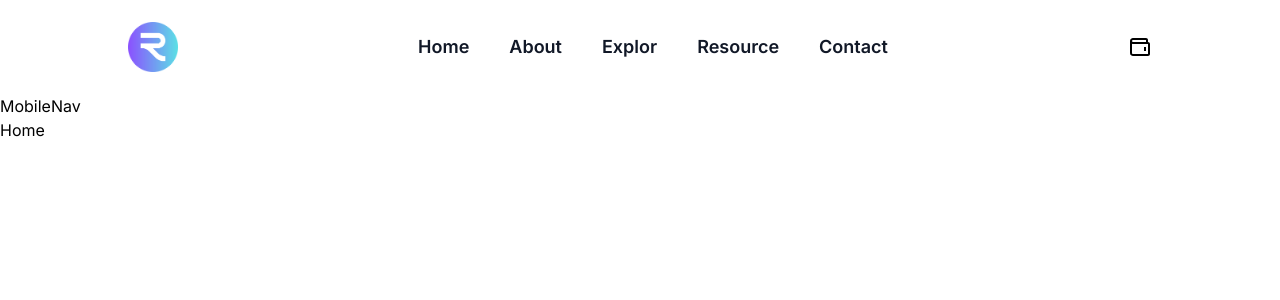
Repository: longblue2910/rimdasilva-ui
Page: /
An editor plug-in stored every save of this project. The page is shown before and after a run of saves, followed by the edit.
The browser window is 1280 px wide. The pictures show the whole page.
The project was rebuilt for these pictures with package versions that can differ from the ones it lists, and the page was loaded fresh each time. The framework's server and built-in components were replaced by stand-ins that run in the browser. Also part of the build but not shown: next.config.mjs.

Above is the page before, as saved 2024-08-09 14:25:01.

### app/layout.tsx
import type { Metadata } from "next";
import { Inter } from "next/font/google";
import "./globals.css";
import ReponsiveNav from "@/components/Home/Navbar/ReponsiveNav";

const inter = Inter({ subsets: ["vietnamese"] });

export const metadata: Metadata = {
  title: "Rimdasilva Dev Blog",
  description: "Rimdasilva Dev Blog",
};

export default function RootLayout({
  children,
}: Readonly<{
  children: React.ReactNode;
}>) {
  return (
    <html lang="en">
      <body className={inter.className}>
        <ReponsiveNav />
        {children}
      </body>
    </html>
  );
}

### app/page.tsx
import Home from "@/components/Home/Home";

const HomePage = () => {
  return (
    <div>
      <Home />
    </div>
  );
};

export default HomePage;

### components/Home/Navbar/ReponsiveNav.tsx
import React from "react";
import Nav from "./Nav";
import MobileNav from "./MobileNav";

const ReponsiveNav = () => {
  return (
    <>
      <Nav />
      <MobileNav />
    </>
  );
};

export default ReponsiveNav;

### components/Home/Navbar/Nav.tsx
import { navLinks } from "@/constant/Constant";
import Image from "next/image";
import Link from "next/link";
import React from "react";
import { BiWallet } from "react-icons/bi";

const Nav = () => {
  return (
    <div className="w-full h-[13vh]">
      <div className="w-[95%] sm:w-[85%] md:w-[80%] h-full mx-auto flex items-center justify-between">
        {/* Logo */}
        <Image
          src="/images/logo.png"
          alt="Logo"
          width={50}
          objectFit="cover"
          height={50}
        />

        {/* Nav Links */}
        <div className="lg:flex hidden items-center space-x-10 hover:text-blue-800 transition-all duration-200 text-gray-900">
          {navLinks.map((link) => {
            return (
              <Link href={link.url} key={link.id}>
                <p className="text-lg font-semibold cursor-pointer">
                  {link.label}
                </p>
              </Link>
            );
          })}
        </div>

        {/* Icons */}
        <div className="flex items-center space-x-8">
          <BiWallet className="w-6 h-6 cursor-pointer"/>
        </div>
      </div>
    </div>
  );
};

export default Nav;

### constant/Constant.ts
export const navLinks = [
  {
    id: 1,
    url: "#",
    label: "Home",
  },
  {
    id: 2,
    url: "#",
    label: "About",
  },
  {
    id: 3,
    url: "#",
    label: "Explor",
  },
  {
    id: 4,
    url: "#",
    label: "Resource",
  },
  {
    id: 5,
    url: "#",
    label: "Contact",
  },
];

Loaded but not shown: app/globals.css (common file); components/Home/Home.tsx (common file); components/Home/Navbar/MobileNav.tsx (common file); tailwind.config.ts (common file)

After the next 5 saves:
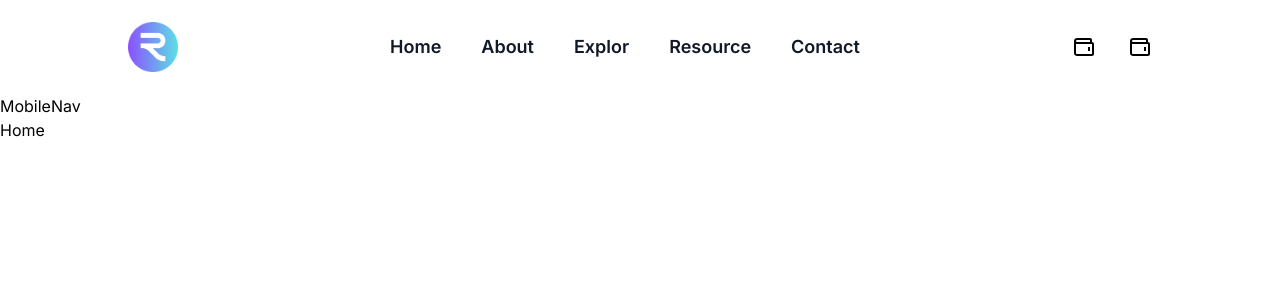
The 5 saves are shown as one change because they came seconds apart.
The last was saved 14 s later.
--- a/components/Home/Navbar/Nav.tsx
+++ b/components/Home/Navbar/Nav.tsx
@@ -32,7 +32,8 @@ const Nav = () => {
 
         {/* Icons */}
         <div className="flex items-center space-x-8">
-          <BiWallet className="w-6 h-6 cursor-pointer"/>
+          <BiWallet className="w-6 h-6 cursor-pointer hover:text-red-600 " />
+          <BiWallet className="w-6 h-6 cursor-pointer hover:text-red-600 " />
         </div>
       </div>
     </div>
